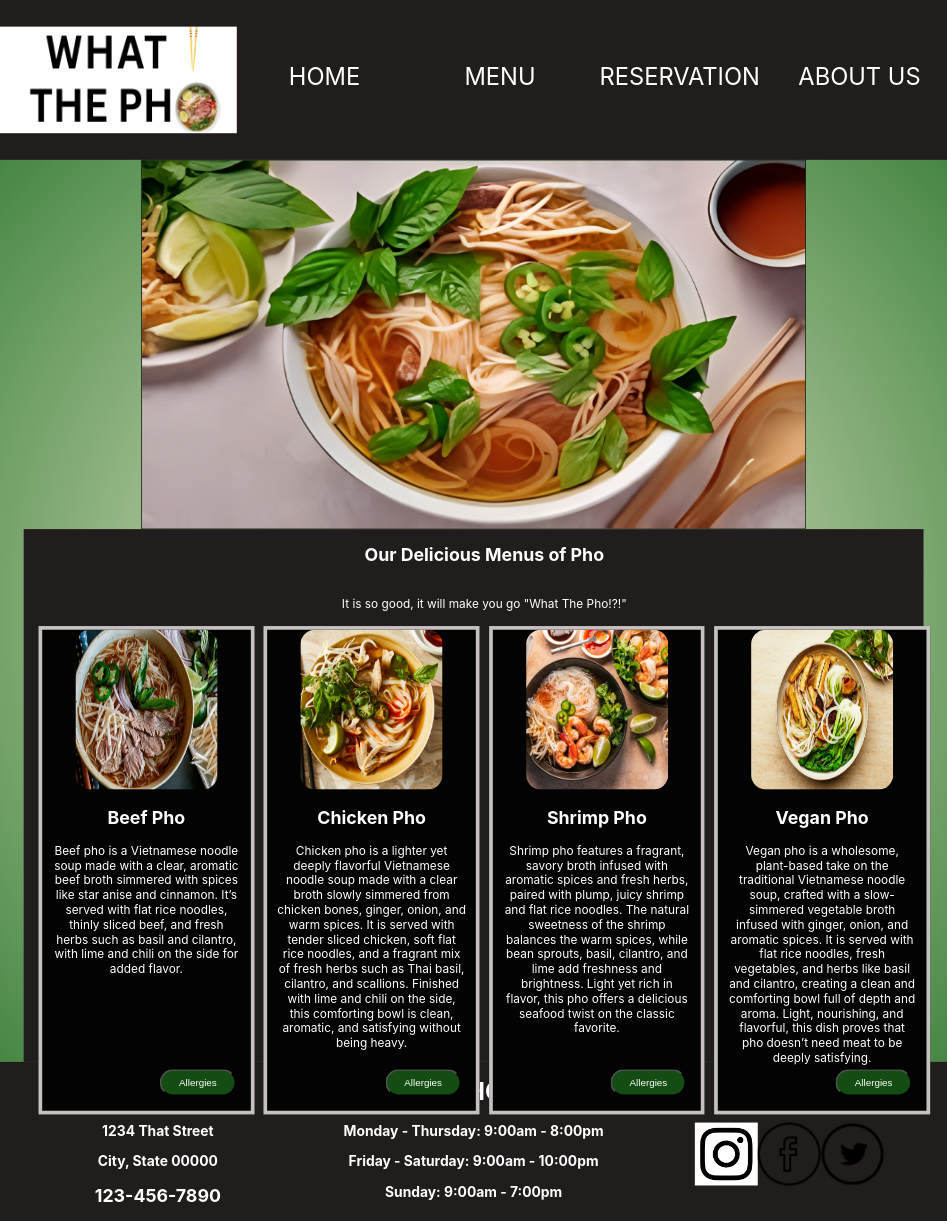
Repository: NguyenkhDang/Restaurant-Website
Page: /
An editor plug-in stored every save of this project. The page is shown before and after the next save, followed by the edit.
The browser window is 1280 px wide. The pictures show the whole page, at 74% of full size.
The project was rebuilt for these pictures with package versions that can differ from the ones it lists, and the page was loaded fresh each time.

Above is the page before, as saved 2026-01-16 17:48:27.

### src/App.js
import BackgroundImage from "./image/pho.jpg"
import BeefPho from "./image/beefPho.png"
import ChickenPho from "./image/chickenPho.jpg"
import ShrimpPho from "./image/shrimpPho.png"
import VeganPho from "./image/veganPho.jpg"
import './App.css';
import NavigationBar from './NavigationBar';
import Footer from "./Footer"

import ReadMore from "./Readmore"
function App() {


  return (
    <div className="home">
      <NavigationBar />
      <img
        src={BackgroundImage}
        style={{maxWidth: "70vw", height: "auto", border: "1px solid black"}}
        alt="Pho Photo"
        />


      <div className="menu">
        <h2>Our Delicious Menus of Pho</h2>
        <p>It is so good, it will make you go "What The Pho!?!"</p>
        <div className="foodContainer">
          <div>
            <ReadMore
            image={BeefPho}
            title="Beef Pho"
            description="Beef pho is a Vietnamese noodle soup made with a clear, aromatic beef broth simmered with spices like star anise and cinnamon. It’s served with flat rice noodles, thinly sliced beef, and fresh herbs such as basil and cilantro, with lime and chili on the side for added flavor."
            allergies={[
              "Soy: hoisin sauce, soy sauce",
              "Fish: fish sauce",
              "Gluten: possible in sauces",
              "Shellfish: may be present",
              "Spices: star anise, cinnamon, cloves"
            ]}
          />

          </div>
          <div>
            <ReadMore
            image={ChickenPho}
            title="Chicken Pho"
            description="Chicken pho is a lighter yet deeply flavorful Vietnamese noodle soup made with a clear broth slowly simmered from chicken bones, ginger, onion, and warm spices. It is served with tender sliced chicken, soft flat rice noodles, and a fragrant mix of fresh herbs such as Thai basil, cilantro, and scallions. Finished with lime and chili on the side, this comforting bowl is clean, aromatic, and satisfying without being heavy."
            allergies={[
              "Soy: sauces",
              "Fish: fish sauce",
              "Spices: ginger, coriander"
            ]}
          />
          </div>
          <div>
            <ReadMore
            image={ShrimpPho}
            title="Shrimp Pho"
            description="Shrimp pho features a fragrant, savory broth infused with aromatic spices and fresh herbs, paired with plump, juicy shrimp and flat rice noodles. The natural sweetness of the shrimp balances the warm spices, while bean sprouts, basil, cilantro, and lime add freshness and brightness. Light yet rich in flavor, this pho offers a delicious seafood twist on the classic favorite."
            allergies={[
              "Shellfish: shrimp",
              "Fish: fish sauce",
              "Soy: sauces"
            ]}
          />
          </div>
          <div>
            <ReadMore
            image={VeganPho}
            title="Vegan Pho"
            description="Vegan pho is a wholesome, plant-based take on the traditional Vietnamese noodle soup, crafted with a slow-simmered vegetable broth infused with ginger, onion, and aromatic spices. It is served with flat rice noodles, fresh vegetables, and herbs like basil and cilantro, creating a clean and comforting bowl full of depth and aroma. Light, nourishing, and flavorful, this dish proves that pho doesn’t need meat to be deeply satisfying."
            allergies={[
              "Soy: tofu, sauces",
              "Gluten: possible in sauces"
            ]}
          />
          </div>
        </div>
      </div>

      <Footer />
  </div>
);
}

export default App;

### src/App.css
html{
  -ms-overflow-style: none;  /* IE and Edge */
  scrollbar-width: none;
}

.home {
  display: grid;
  margin: 0;
  padding: 0;

  background: radial-gradient(
    circle,
    rgba(245, 240, 213, 1) 0%,
    rgba(38, 115, 42, 1) 100%
  );
  place-items: center;
  text-align: center;
  color: white;
}

.menu {
  display: grid;
  grid-template-rows: repeat(3, 1fr);
  place-items: center;
  gap: 5px;

  width: 95vw;
  height: 100vh;
  margin: 0 2vw;

  background-color: rgb(34, 29, 29);
}

.foodContainer {
  display: grid;
  grid-template-columns: repeat(4, 1fr);
  place-items: center;
  height: auto;
  gap: 1vw;
  padding: 0;
  padding-left: 20px;
  padding-right: 20px;
}


#label{
  font-weight: bolder;
  font-size: 1.25em;
}
html::-webkit-scrollbar {
  display: none;
}

### src/NavigationBar.js
import "./CSS/NavigationBar.css"
import Logo from "./image/CustomLogo2.png"
const NavigationBar = () =>{



  return (
    <div className="navbar">
      <div className="logoImage">
        <img src= {Logo} />
      </div>
      <div className="wholeNavBar">
        <ul>
          <li>
            <a>HOME</a>
          </li>
          <li>
            <a>MENU</a>
          </li>
          <li>
            <a>RESERVATION</a>
          </li>
          <li>
            <a>ABOUT US</a>
          </li>
        </ul>

      </div>
    </div>
  )


}

export default NavigationBar

### src/Footer.js
import "./CSS/Footer.css"
import InstagramIcon from "./image/instagramIcon.png"
import FacebookIcon from "./image/facebookIcon.png"
import TwitterIcon from "./image/twitterIcon.png"
const Footer = () =>{

  return(
    <div className="footer">
      <div>
        <h1>VISIT US:</h1>
        <h3>1234 That Street</h3>
        <h3>City, State 00000</h3>

        <h2>123-456-7890</h2>
      </div>
      <div>
        <h1>OPEN HOURS</h1>
        <h3>Monday - Thursday: 9:00am - 8:00pm</h3>
        <h3>Friday - Saturday: 9:00am - 10:00pm</h3>
        <h3>Sunday: 9:00am - 7:00pm</h3>
      </div>
      <div>
        <h1>SOCIAL</h1>
        <a href="https://www.instagram.com/" target="_blank"><img src={InstagramIcon}/></a>
        <a href="https://www.facebook.com/" target="_blank"><img src={FacebookIcon}/></a>
        <a href="https://x.com/" target="_blank"><img src={TwitterIcon}/></a>
      </div>

    </div>
  )

}

export default Footer

### src/Readmore.js
import { useState } from "react";
import "./CSS/Readmore.css"
function ReadMore({ image, title, description, allergies }) {
  const [showMore, setShowMore] = useState(false);

  return (
    <div className={`descriptionContainer ${showMore ? "isExpand ": ""}`}>
      <img src={image} style={{ width: "15vw", height: "30vh" }} alt={title} />

      <h2>{title}</h2>

      <p>
        {description}

        {showMore && (
          <ul className="list">
            {allergies.map((item, index) => (
              <li key={index}>{item}</li>
            ))}
          </ul>
        )}
      </p>

      <button onClick={() => setShowMore(!showMore)}>
        {showMore ? "Close" : "Allergies"}
      </button>
    </div>
  );
}
export default ReadMore;

### src/CSS/NavigationBar.css
.navbar{
  background-color: rgb(34, 29, 29);
  display: grid;
  grid-template-columns: 25% 75%;
  width: 100vw;
  height: 25vh;
  padding-top: 5vh;
}
.wholeMavBar{
  float: right;
  height: 10vh;
}

.logoImage img{
  height: 20vh;
  width: 25vw;
  object-fit: fill;
  object-position: center;
}

ul{
  align-items: center;
  list-style-type: none;
  display: grid;
  place-items: center;
  grid-template-columns: 1fr 1fr 1fr 1fr;
  margin-top: 5%;
  padding: 0;
}
li a{
  font-size: 2em;
  text-align: center;
  padding: 14px 16px;
}

li a:hover{
  background-color: #c5b1b1;
}

### src/CSS/Footer.css
.footer{
  background-color: rgb(34, 29, 29);
  display: grid;
  grid-template-columns: repeat(3, 1fr);
  width: 100vw;
}

.footer img{
  width: 20%;
}

### src/CSS/Readmore.css
.descriptionContainer{
  display: block;
  width: 20vw;
  height: auto;
  min-height: 650px;
  padding-top: 2.5vh;
  position: relative;
  overflow: hidden;
  transition: all 0.5s ease-in-out;
  background-color: rgb(3, 3, 3);
  border: 5px solid rgb(197, 193, 193);
  padding: 0 1vw;
  margin-bottom: 50px ;
}
.descriptionContainer.isExpand{
  min-height: 720px;
}
.descriptionContainer img{
  width: 20%;
  height: 20%;
  border-radius: 20px;
}
.list{
  display: grid;
  grid-template-columns: repeat(1, 1fr);
}
.list li{
  height: auto;
  width: 70%;
}

button{
  background-color: rgb(19, 77, 19);
  position: absolute;
  bottom: 20px;
  right: 20px;
  height: 5vh;
  width: 8vw;
  border-radius: 50px ;
  color: white
}

Loaded but not shown: public/index.html (common file); src/index.js (common file); src/index.css (common file); src/reportWebVitals.js (common file)

After the next save:
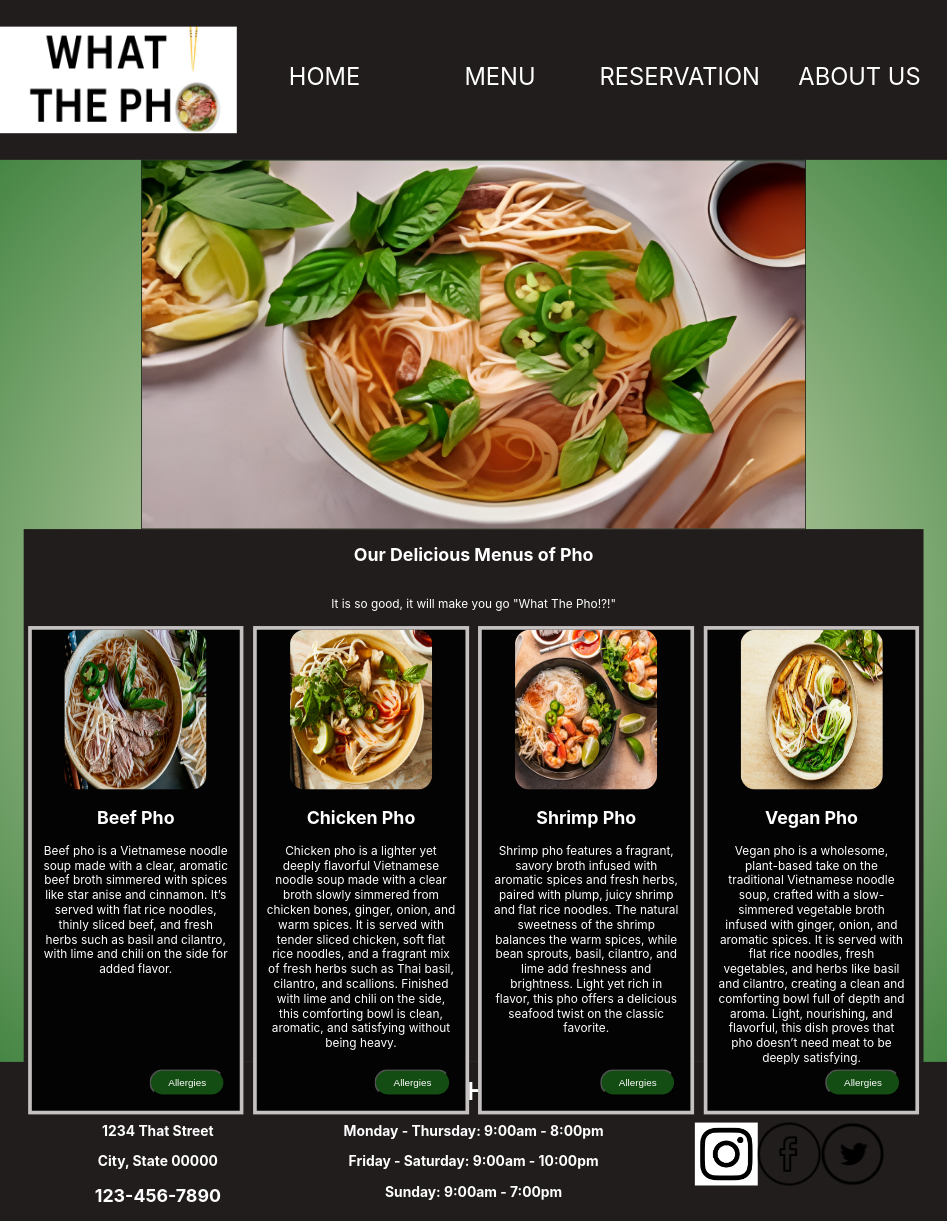
Saved 6 s later.
--- a/src/App.css
+++ b/src/App.css
@@ -38,8 +38,6 @@ html{
   height: auto;
   gap: 1vw;
   padding: 0;
-  padding-left: 20px;
-  padding-right: 20px;
 }
 
 
